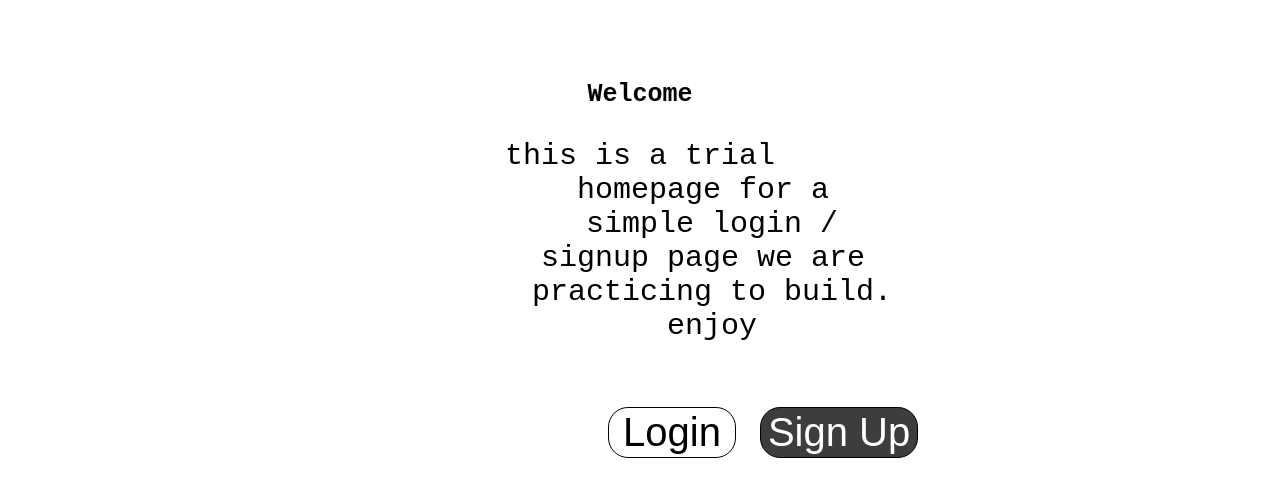
Repository: yhung004/TUTORIAL_PAGE
Page: home.html
These files come from the project's save history. The page is drawn as it stood at one moment and after a run of saves; the edit follows.
The browser window is 1280 px wide. The pictures show the whole page.

Above is the page before, as saved 2024-04-10 02:04:57.

After the next 2 saves:
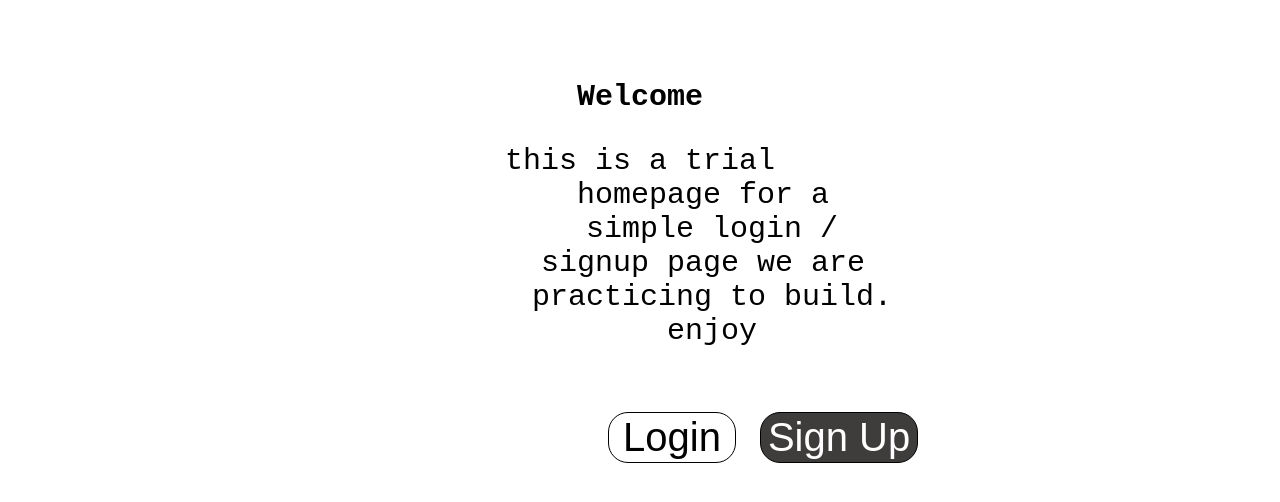
The 2 saves are shown as one change because they came seconds apart.
The last was saved 22 s later.
--- a/main.css
+++ b/main.css
@@ -1,8 +1,9 @@
 .welcome{
     text-align: center;
     font-family: 'Courier New', Courier, monospace;
-    font-size: 25px;
+    font-size: 30px;
     margin-top: 80px;
+    margin-left: auto;
 }
 .welcome_text {
     text-align:center;
